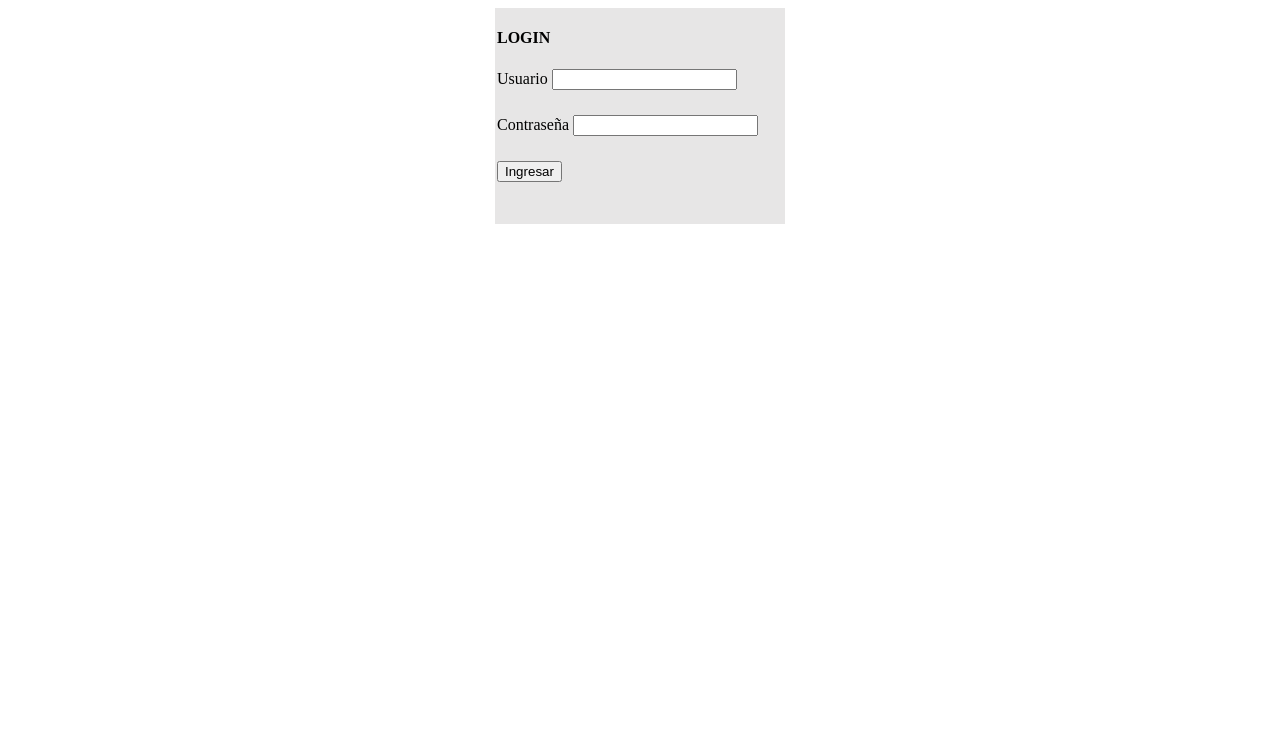
Repository: juanmondragonc/torre-project
Page: http://localhost/torre/login.jsp
An editor plug-in stored every save of this project. The page is shown before and after the next save, followed by the edit.
The browser window is 1280 px wide. The pictures show the whole page.
The page is served by Tomcat 9. Other server files are loaded and not shown.

Above is the page before, as saved 2022-08-10 20:38:28.

### torre/src/main/webapp/login.jsp
<%@ page language="java" contentType="text/html; charset=ISO-8859-1"
    pageEncoding="ISO-8859-1"%>
<!DOCTYPE html>
<html>
<head>
<meta charset="ISO-8859-1">
<link rel="stylesheet" href="css/style.css">
<title>Insert title here</title>
</head>
<body>
	<div class="container">
		<div class="section-login">
			<form method="post" action="login">
				<h4>LOGIN</h4>
				<div class="form-group">
					<label for="username">Usuario</label>
					<input id="username" name="username" type="text"/>
				</div>
				<div class="form-group">
					<label for="password">Contraseña</label>
					<input id="password" name="password" type="password"/>
				</div>
				<input type="submit" value="Ingresar"/>
			</form>
		</div>
	</div>

</body>
</html>

### torre/src/main/webapp/css/style.css
 .container {
 	height: 100vh;
 	width: auto;
 	justify-content: center;
 	display: flex;
 }
 table, th, td {
	border: 1px solid black;
	border-collapse: collapse;
}
.form-group {
 	position: relative;
 	margin-bottom: 25px;
	overflow: hidden;
}
.section-login{
	padding-left: 2px;
	width: 40vh;
	height:30vh;
	background-color: #e7e6e6;
}

After the next save:
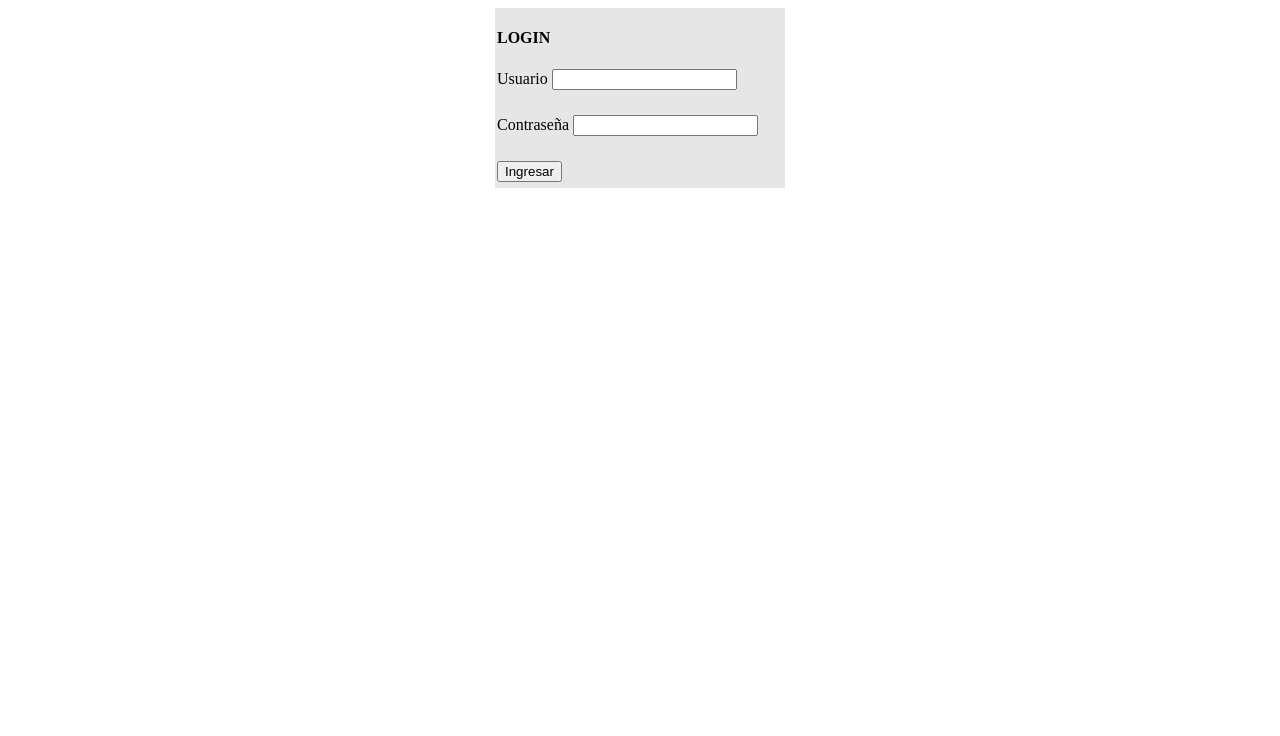
Saved 10 s later.
--- a/torre/src/main/webapp/css/style.css
+++ b/torre/src/main/webapp/css/style.css
@@ -16,6 +16,6 @@
 .section-login{
 	padding-left: 2px;
 	width: 40vh;
-	height:30vh;
+	height:25vh;
 	background-color: #e7e6e6;
 }
